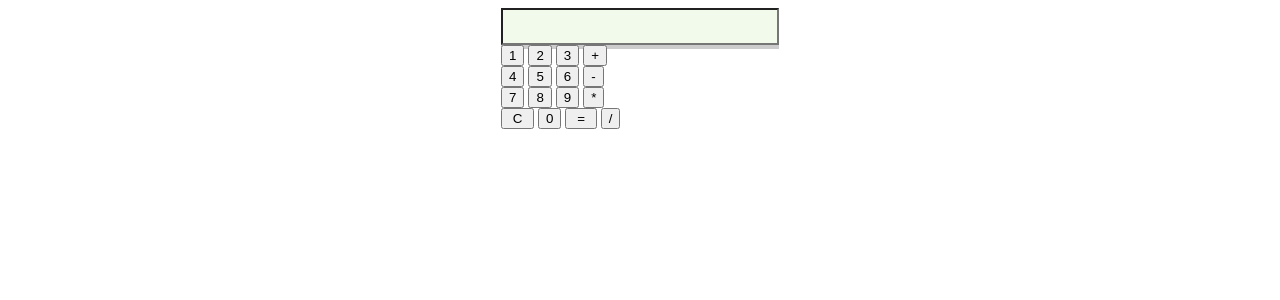
Repository: Drumstrum88/LAB-calculator
Page: index.html
The author's editor kept a copy of each file at every save. The page is drawn from the files as they stood at one save, then again after a run of saves.
The browser window is 1280 px wide. The pictures show the whole page.
The pointer rests on the first visible `#answer`.

Above is the page before, as saved 2023-04-15 20:54:02.

After the next 2 saves:
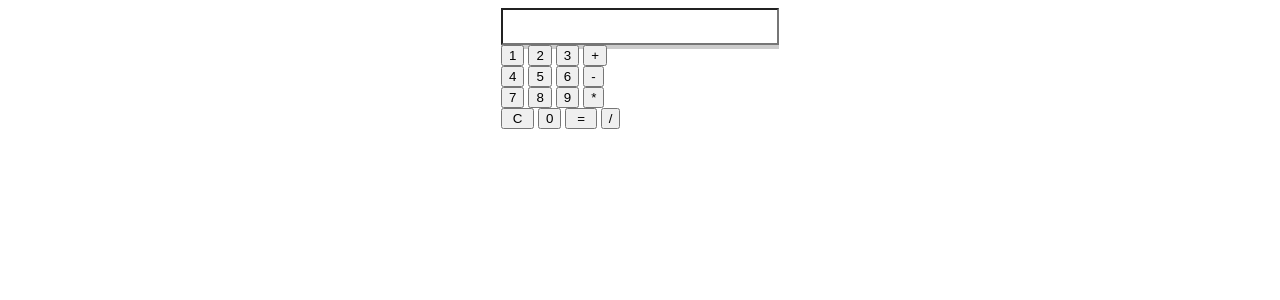
The 2 saves are shown as one change because they came seconds apart.
The last was saved 6 s later.
--- a/main.css
+++ b/main.css
@@ -22,5 +22,5 @@ body {
     font-size: 26px;
     text-align: right;
     box-shadow: 0 4px rgba(0,0,0,0.2);
-    background-color: #;
+    background-color: #ffffff;
 }
